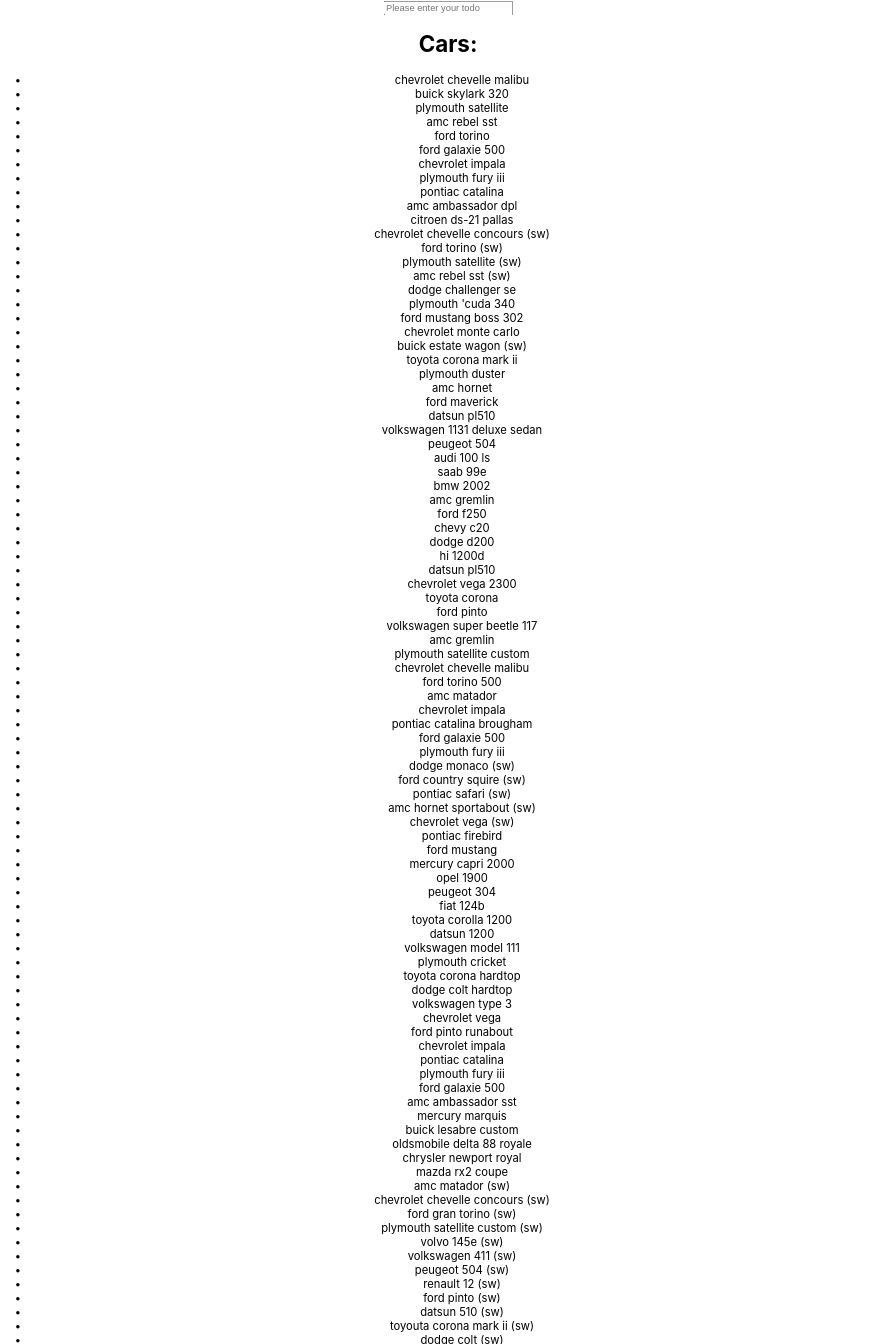
Repository: vhoreho/react
Page: / (app in myapp/)
These files come from the project's save history. The page is drawn as it stood at one moment and after the next save; the edit follows.
The browser window is 1280 px wide. The pictures show the part of the page from y = 0 to 1920 px (the page is 8240 px tall), at 70% of full size.
The project was rebuilt for these pictures with package versions that can differ from the ones it lists, and the page was loaded fresh each time.

Above is the page before, as saved 2022-08-08 20:40:47.

After the next save:
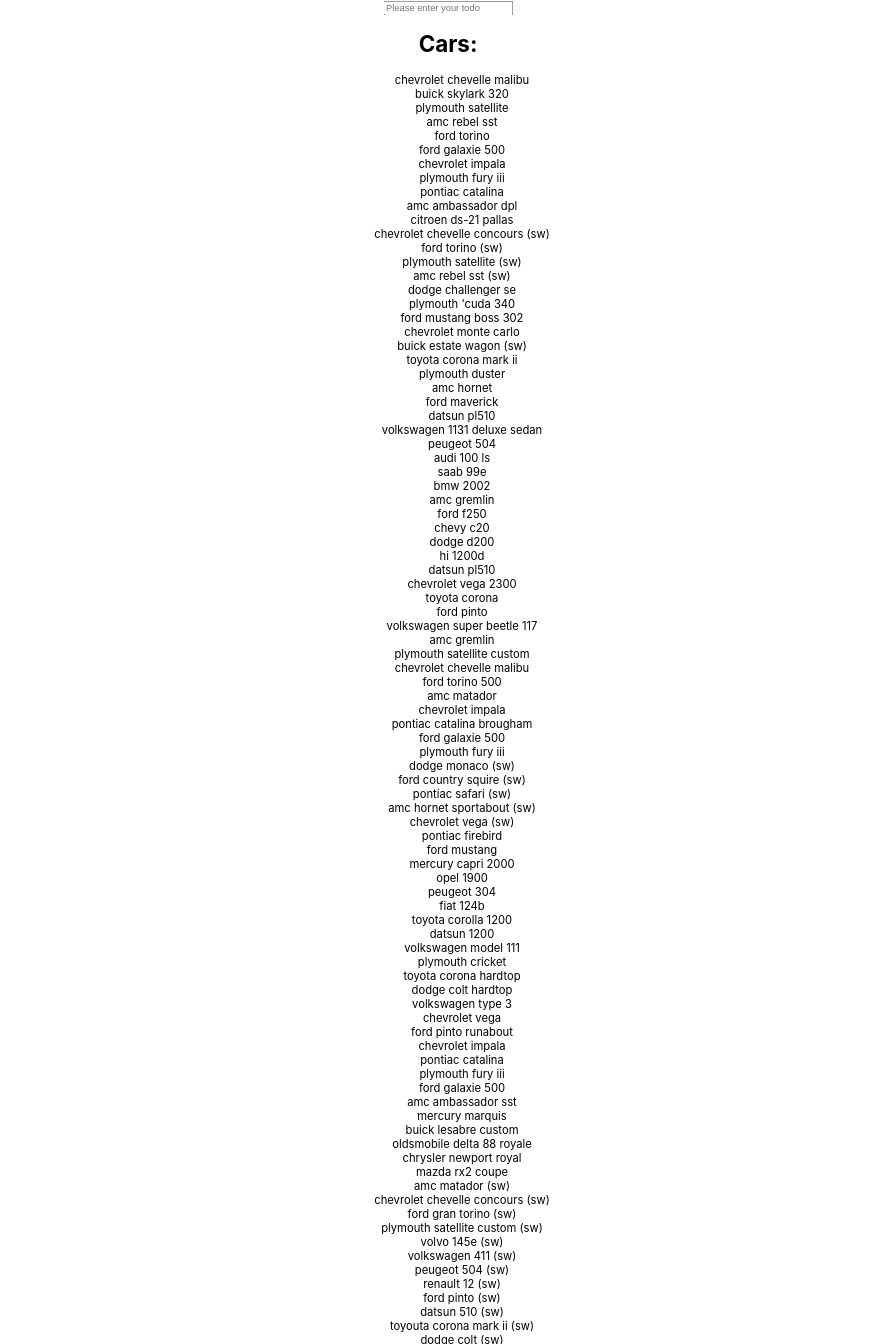
Saved 68 s later.
--- a/myapp/src/components/Cars.js
+++ b/myapp/src/components/Cars.js
@@ -5,7 +5,9 @@
   return (
     <div>
         <h1>Cars:</h1>
-        <ul>
+        <ul style={{
+          listStyle: 'none'
+        }}>
             {cars.map((item, index) => <li key={index}>{item.Name}</li>)}
         </ul>
     </div>
